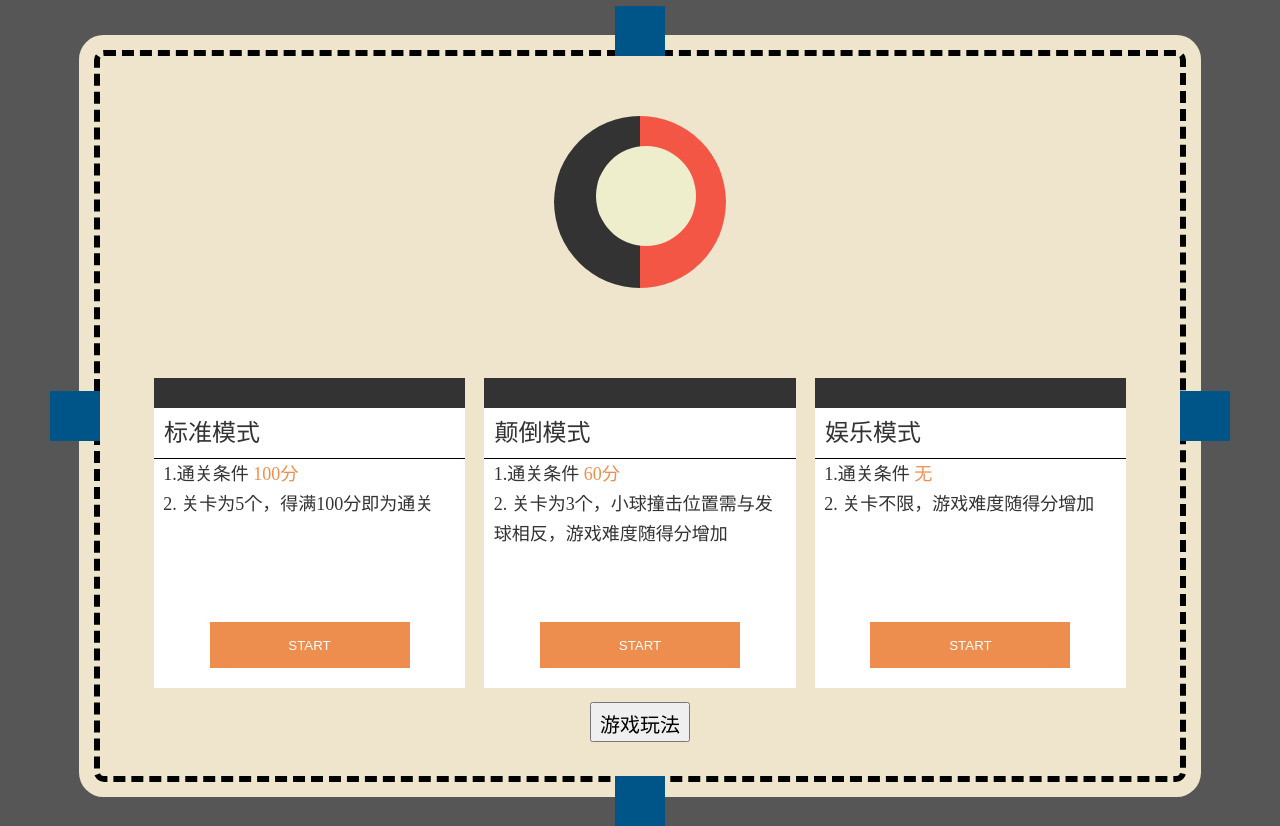
Repository: EEETA/ball-game
Page: theBall2/index.html
These files come from the project's save history. The page is drawn as it stood at one moment and after the next save; the edit follows.
The browser window is 1280 px wide. The pictures show the whole page.

Above is the page before, as saved 2018-08-04 00:23:27.

After the next save:
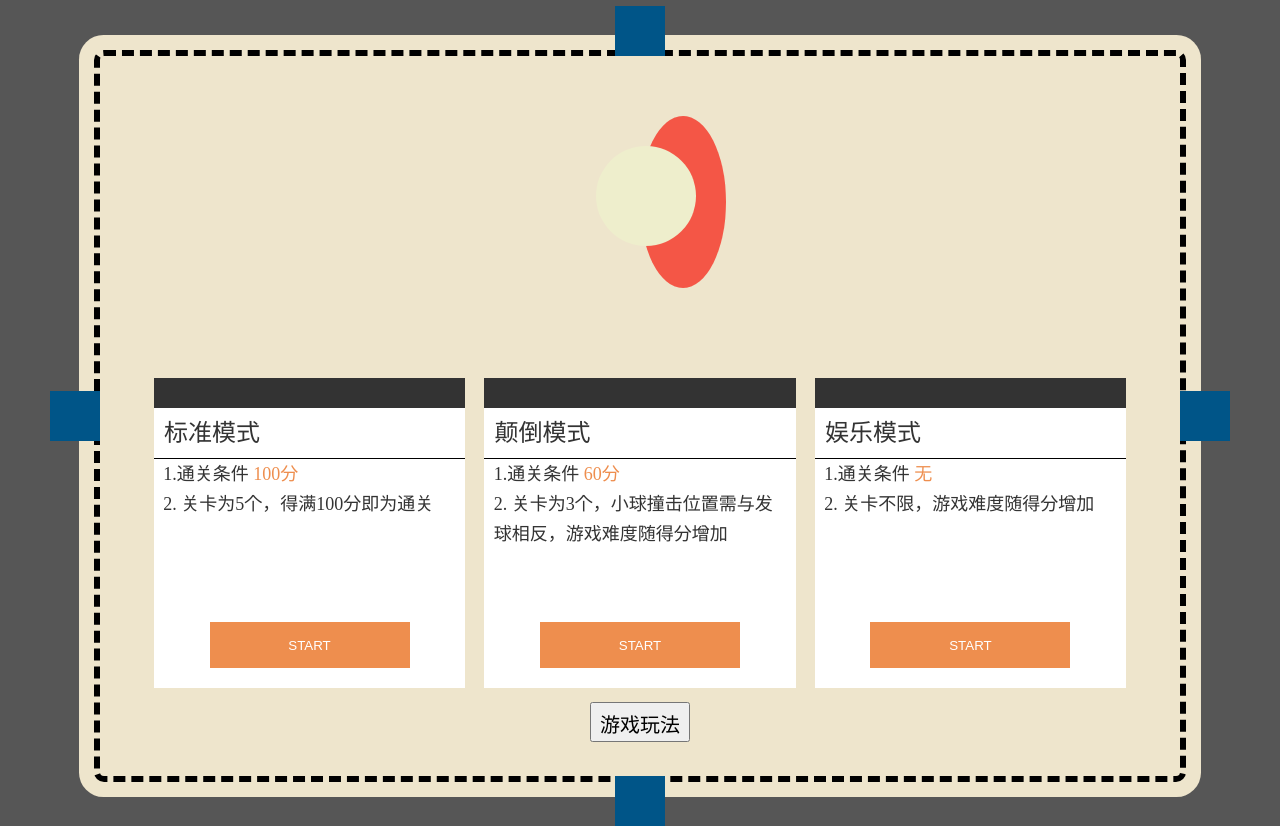
Saved 4 s later.
--- a/theBall2/style/index.css
+++ b/theBall2/style/index.css
@@ -34,7 +34,7 @@ button{outline: none;}
 }
 .redPart,.blackPart{
     position: relative;
-    height: 172px;
+    height: 100%;
     width: 100%;
     border-radius:50%
 }
